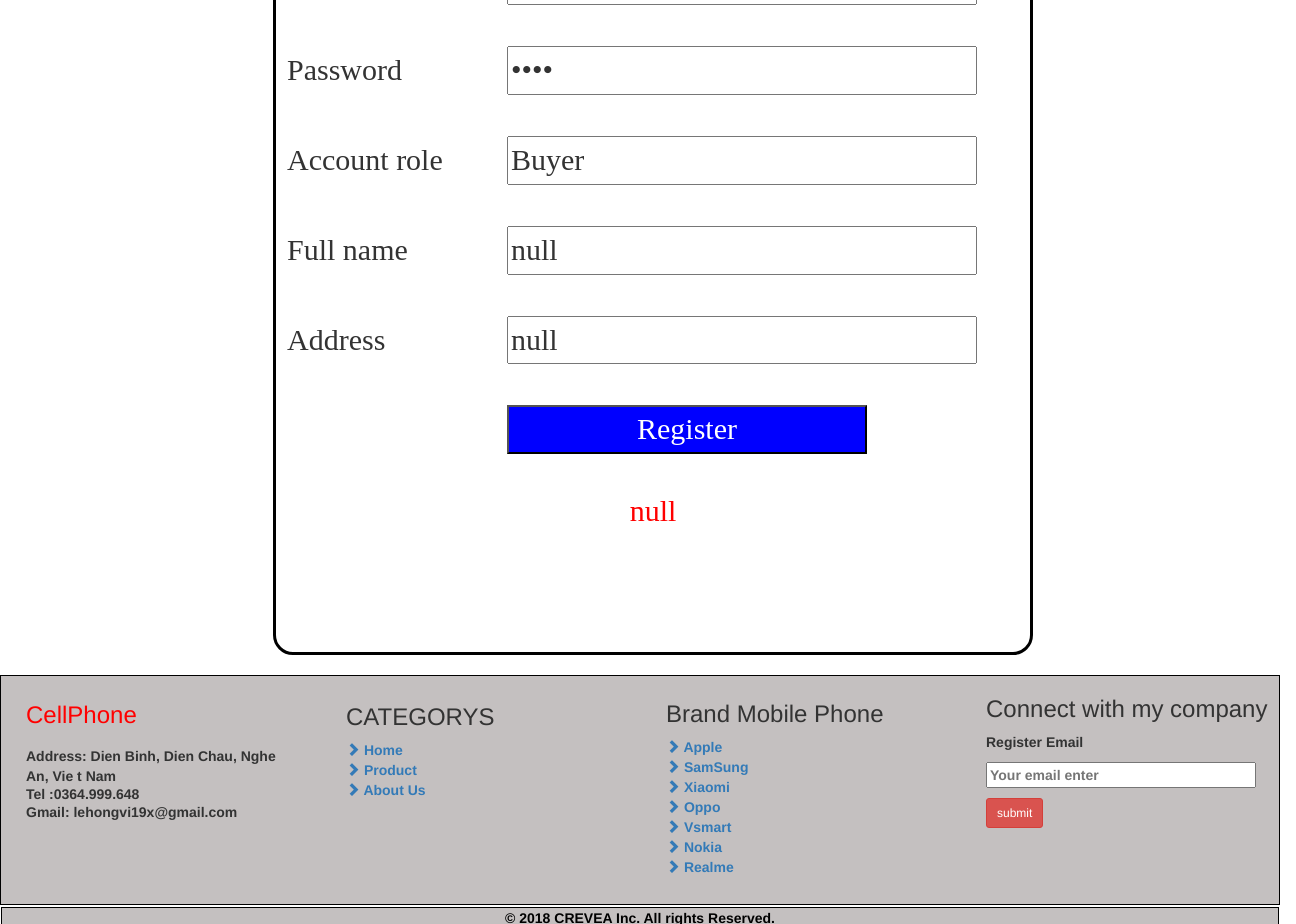
Repository: volhfx07132/Project-1
Page: http://localhost/PRJ321x_ASM3_Le_Hong_Vo/register.jsp
An editor plug-in stored every save of this project. The page is shown before and after the next save, followed by the edit.
The browser window is 1280 px wide. The page is 1296 px wide, so the pictures cover 1296 px, including what lies to the right of the window. The pictures show the part of the page from y = 597 to 1521 px (the page is 1525 px tall).
The page is served by Tomcat 9. Other server files are loaded and not shown. The template is opened directly, without the code that normally fills it, so the values that code supplies are empty.

Above is the page before, as saved 2021-09-13 15:58:53.

### PRJ321x_ASM3_Le_Hong_Vo/src/main/webapp/register.jsp
<%@ taglib prefix="c" uri="http://java.sun.com/jsp/jstl/core"%>

<!-- Hearder Hear -->
<!-- Check account email ${name_account_login}-->

<c:import url="header.jsp"></c:import>
<div class="box_login">
    <div style="height: 780px;" class="box_login_account">
         <p class="action">Create a new Account</p>

         <form action="mainController" method="post">
              <input class="input_action" type="hidden" name="action" value="doRegister">
              <table>
             <thead>
                 <tr class="table_action_login">
                     <td class="td_name_information">
                         Email
                     </td>
                     <td class="td_action">
                         <input class="input_action" type="email" name="email" value='<%=request.getAttribute("user_email") %>' placeholder="Email">
                     </td>
                 </tr>
                 <tr class="table_action_login">
                    <td class="td_name_information">
                        Password
                    </td>
                    <td class="td_action">
                        <input class="input_action" type="password" name="password" value='<%=request.getAttribute("password") %>' placeholder="Password">
                    </td>
                </tr>
                <tr class="table_action_login">
                    <td class="td_name_information">
                        Account role
                    </td>
                    <td class="td_action">
                        <input class="input_action" type="text" name="role" value="Buyer" placeholder="Role">
                    </td>
                </tr>
                <tr class="table_action_login">
                    <td class="td_name_information">
                        Full name
                    </td>
                    <td class="td_action">
                        <input class="input_action" type="text" name="fullName" value='<%=request.getAttribute("user_name") %>' placeholder="Full name">
                    </td>
                </tr>
                <tr class="table_action_login">
                    <td class="td_name_information">
                        Address
                    </td>
                    <td class="td_action">
                        <input class="input_action" type="text" name="address" value='<%=request.getAttribute("user_address") %>' placeholder="Address">
                    </td>
                </tr>

                <tr class="table_action_login">
                    <td class="td_name">

                    </td>
                    <td class="td_action">
                        <input class="input_action_button" type="submit" value="Register">
                    </td>
                </tr>
             </thead>
         </table>
            <p class="action_notification"><%=request.getAttribute("message")%></p>
         </form>
    </div>
 </div>
<!-- Body Hear -->

<!-- Footer Hear -->
<c:import url="footer.jsp"></c:import>

### PRJ321x_ASM3_Le_Hong_Vo/src/main/webapp/header.jsp
<%@ page language="java" contentType="text/html; charset=ISO-8859-1"
    pageEncoding="ISO-8859-1"%>
<%@ taglib prefix="c" uri="http://java.sun.com/jsp/jstl/core"%>
<%@ taglib uri="http://java.sun.com/jsp/jstl/sql" prefix="sql"%>
<%@ taglib uri="http://java.sun.com/jsp/jstl/functions" prefix="fn"%>
<%@ taglib prefix="fmt" uri="http://java.sun.com/jsp/jstl/fmt"%>

<c:if test="${name_account == null}">
    <c:set var="full_name" value="Login"></c:set>
     <c:set var="link_account" value="mainController?action=login"></c:set>
     <c:set var="link_list_phone" value="mainController?action=login"></c:set>
</c:if>

<c:if test="${param.name_account != null}">
      <c:set var="full_name" value="${param.name_account}"></c:set>
      <c:set var="counter" value="${param.counter}"></c:set>
      <c:set var="link_account" value="account.jsp?action=${param.name_account}"></c:set>
      <c:set var="link_list_phone" value="show_phone.jsp?name_account=${param.name_account}&counter=${param.counter}"></c:set>
</c:if>


<c:if test="${name_account != null}">
      <c:set var="full_name" value="${name_account}"></c:set>
      <c:set var="link_account" value="account.jsp?action=${name_account}"></c:set>
      <c:set var="link_list_phone" value="show_phone.jsp?name_account=${name_account}&counter=${counter}"></c:set>
</c:if>


<!DOCTYPE html>
<html lang="en">
<head>
    <meta charset="UTF-8">
    <meta http-equiv="X-UA-Compatible" content="IE=edge">
    <meta name="viewport" content="width=device-width, initial-scale=1.0">
    <link rel="stylesheet" href="https://maxcdn.bootstrapcdn.com/bootstrap/3.4.1/css/bootstrap.min.css">
    <script src="https://ajax.googleapis.com/ajax/libs/jquery/3.5.1/jquery.min.js"></script>
    <script src="https://maxcdn.bootstrapcdn.com/bootstrap/3.4.1/js/bootstrap.min.js"></script>
    <title>Document</title>
    <link rel="stylesheet" href="Style/body.css">
</head>
<body>

 <nav id="home" class="navbar navbar-inverse">
        <div class="container-fluid">
          <div class="navbar-header">
            <img class="logo_image" src="data:[embedded picture, 2534 characters]" alt="logo">
            <a class="navbar-brand" href="#">CellPhoneS</a>
          </div>
          <ul class="nav navbar-nav">
           <li><a href="mainController?action=home">Home</a></li>
            <li class="dropdown">
                <a class="dropdown-toggle" data-toggle="dropdown" href="#">Product
                <span class="caret"></span></a>
                <ul class="dropdown-menu">
                  <li><a href="mainController?action=iphone&name_account=${full_name}&counter=${counter}">IPhone</a></li>
                  <li><a href="mainController?action=samsung&name_account=${full_name}&counter=${counter}">SamSung</a></li>
                  <li><a href="mainController?action=xiaomi&name_account=${full_name}&counter=${counter}">Xiaomi</a></li>
                  <li><a href="mainController?action=oppo&name_account=${full_name}&counter=${counter}">Oppo</a></li>
                  <li><a href="mainController?action=vsmart&name_account=${full_name}&counter=${counter}">Vsmart</a></li>
                  <li><a href="mainController?action=nokia&name_account=${full_name}&counter=${counter}">Nokia</a></li>
                  <li><a href="mainController?action=realme&name_account=${full_name}&counter=${counter}">Realme</a></li>
                </ul>
              </li>
            <li><a href="#">About Us</a></li>
          </ul>

          <ul class="nav navbar-nav navbar-right" >
            <li class="dropdown">
                <a class="dropdown-toggle" data-toggle="dropdown" href="#">Filter
                <span class="caret"></span></a>
                <ul class="dropdown-menu">
                  <li><a href="mainController?action=price1&name_account=${full_name}&counter=${counter}"><span class="glyphicon glyphicon-arrow-down"></span>&nbsp;3.000.000 VND</a></li>
                  <li><a href="mainController?action=price2&name_account=${full_name}&counter=${counter}">3.000.000 VND<span class="glyphicon glyphicon-arrow-right"></span>6.000.000 VND</a></li>
                  <li><a href="mainController?action=price3&name_account=${full_name}&counter=${counter}">6.000.000 VND<span class="glyphicon glyphicon-arrow-right"></span>15.000.000 VND</a></li>
                  <li><a href="mainController?action=price4&name_account=${full_name}&counter=${counter}">15.000.000 VND<span class="glyphicon glyphicon-arrow-right"></span>30.000.000 VND</a></li>
                  <li><a href="mainController?action=price5&name_account=${full_name}&counter=${counter}"><span class="glyphicon glyphicon-arrow-up"></span>&nbsp; 30.000.000 VND</a></li>
                </ul>
              </li>
            <li><a href="${link_list_phone}"><span class="glyphicon glyphicon-shopping-cart">&nbsp;${counter}</span></a></li>
            <li><a href="${link_account}"><span class="glyphicon glyphicon-login"></span>&nbsp;${full_name}</a></li>
            <li><a href="register.jsp"><span class="glyphicon glyphicon-plus"></span>&nbsp;Register</a></li>
            <li><a href="home.jsp"><span class="glyphicon glyphicon-logout"></span>&nbsp;Logout</a></li>

          </ul>
          <form class="navbar-form navbar-right" action="mainController">
            <div class="input-group">
              <input type="text" class="form-control" placeholder="Search hear" name="action">
              <div class="input-group-btn">
                <button class="btn btn-default" type="submit">
                  <i class="glyphicon glyphicon-search"></i>
                </button>
              </div>
            </div>
          </form>
        </div>
      </nav>

       <div class="box_hotSale">
           <table>
                 <tr>
                     <td class="tr_hotSale">
                         <a href="#">
                             <img class="image_hotSale" src="https://cdn.cellphones.com.vn/media/resized//ltsoft/promotioncategory/XIAOMI_CH_NH_H_NG_595_100-a.png" alt="">
                         </a>

                     </td>
                     <td class="tr_hotSale">
                          <a href="#">
                             <img class="image_hotSale" src="https://cdn.cellphones.com.vn/media/resized//ltsoft/promotioncategory/11lite-595-100-max.png" alt="">
                          </a>
                     </td>
                 </tr>
                 <tr>
                    <td class="tr_hotSale">
                          <a href="#">
                             <img class="image_hotSale" src="https://cdn.cellphones.com.vn/media/resized//ltsoft/promotioncategory/asrog-595X100_1_.png" alt="">
                          </a>
                    </td>
                    <td class="tr_hotSale">
                         <a href="#">
                           <img class="image_hotSale"   src="https://cdn.cellphones.com.vn/media/resized//ltsoft/promotioncategory/s20fe-c-595x100_7_.png" alt="">
                         </a>
                    </td>
                </tr>
           </table>
      </div>
	<div class="button_brand">
		<table>
			<tr class="tr_brand">
				<td class="td_brand"><a href="mainController?action=iphone&name_account=${full_name}&counter=${counter}"><img class="input_brand"
						src="https://cellphones.com.vn/media/icons/brands/brand-286.svg"
						alt=""></a></td>
				<td class="td_brand"><a href="mainController?action=samsung&name_account=${full_name}&counter=${counter}"><img class="input_brand"
						src="https://cellphones.com.vn/media/icons/brands/brand-211.svg"
						alt=""></a></td>
				<td class="td_brand"><a href="mainController?action=xiaomi&name_account=${full_name}&counter=${counter}"><img class="input_brand"
						src="https://cellphones.com.vn/media/icons/brands/brand-274.svg"
						alt=""></a></td>
				<td class="td_brand"><a href="mainController?action=oppo&name_account=${full_name}&counter=${counter}"><img class="input_brand"
						src="https://cellphones.com.vn/media/icons/brands/brand-769.svg"
						alt=""></a></td>
				<td class="td_brand"><a href="mainController?action=vsmart&name_account=${full_name}&counter=${counter}"><img class="input_brand"
						src="https://cellphones.com.vn/media/icons/brands/brand-vsmart.svg"
						alt=""></a></td>
				<td class="td_brand"><a href="mainController?action=nokia&name_account=${full_name}&counter=${counter}"><img class="input_brand"
						src="https://cellphones.com.vn/media/icons/brands/brand-1214.svg"
						alt=""></a></td>
				<td class="td_brand"><a href="mainController?action=realme&name_account=${full_name}&counter=${counter}"><img class="input_brand"
						src="https://cellphones.com.vn/media/icons/brands/brand-721.svg"
						alt=""></a></td>
			</tr>
		</table>
	</div>
	<div id="box" class="box_phone_title">
        <div class="box_information">
    <!-- Body hear -->


    <!-- Footer hear -->

### PRJ321x_ASM3_Le_Hong_Vo/src/main/webapp/footer.jsp
  </div>
</div>
</table>
	<div id="abouUs" class="footer">
    <table>
       <thead>
             <tr>
                 <th>
                  <div  id="idCategory"  class="creveaInfor">
                    <h3 style="margin-bottom:30px; color: red;">CellPhone</h3>
                      <p style="margin-top: -12px;"> <strong>Address: </strong>Dien Binh, Dien Chau, Nghe An, Vie t Nam</p>
                      <p style="margin-top: -12px;"><strong>Tel</strong> :0364.999.648</p>
                      <p style="margin-top: -12px;"><strong>Gmail</strong>: lehongvi19x@gmail.com</p>
                  </div>
                 </th>

                 <th>
                  <div class="creveaInfor">
                    <h3>CATEGORYS</h3>
                          <a class="fontCategory" href="#box"> <span class="glyphicon glyphicon-chevron-right"></span> Home</a> <br>
                          <a class="fontCategory" href="#home"><span class="glyphicon glyphicon-chevron-right"></span> Product</a> <br>
                          <a class="fontCategory" href="#abouUs"><span class="glyphicon glyphicon-chevron-right"></span> About Us</a> <br>
                          <a class="fontCategory" href="#home"></span></a> <br>
                    </div>
                 </th>

                 <th>
                  <div id="idLanguage" class="creveaInfor">
                    <h3>Brand Mobile Phone</h3>
                        <!--Consumer choose language-->
                          <!--part 1 choose languege-->
                            <a class="fontCategory"  href="mainController?action=iphone&name_account=${full_name}&counter=${counter}"><span class="glyphicon glyphicon-chevron-right"></span> Apple</a> <br>
                            <a class="fontCategory"  href="mainController?action=samsung&name_account=${full_name}&counter=${counter}"><span class="glyphicon glyphicon-chevron-right"></span> SamSung</a> <br>
                            <a class="fontCategory"  href="mainController?action=xiaomi&name_account=${full_name}&counter=${counter}"><span class="glyphicon glyphicon-chevron-right"></span> Xiaomi</a> <br>
                            <a class="fontCategory"  href="mainController?action=oppo&name_account=${full_name}&counter=${counter}"><span class="glyphicon glyphicon-chevron-right"></span> Oppo</a> <br>
                            <a class="fontCategory"  href="mainController?action=vsmart&name_account=${full_name}&counter=${counter}"><span class="glyphicon glyphicon-chevron-right"></span> Vsmart</a> <br>
                            <a class="fontCategory"  href="mainController?action=nokia&name_account=${full_name}&counter=${counter}"><span class="glyphicon glyphicon-chevron-right"></span> Nokia</a> <br>
                            <a class="fontCategory"  href="mainController?action=realme&name_account=${full_name}&counter=${counter}"><span class="glyphicon glyphicon-chevron-right"></span> Realme</a> <br>
                      </div>
                 </th>

                 <th>
                  <div class="creveaInfor">
                    <h3 id="text-producter">Connect with my company</h3>
                        <p>Register Email</p>
                        <form action="">
                            <input id="inputYourEmail" required  type="text" placeholder="Your email enter" required>
                            <input id="submitButtonEgmail"  class="btn btn-danger btn-sm" type="submit" value="submit">
                        </form>
                    </div>
                 </th>
             </tr>
       </thead>
    </table>
    <div class="box_underline">
      <p>© 2018 CREVEA Inc. All rights Reserved.</p>
    </div>
  </div>


</body>
</html>

### PRJ321x_ASM3_Le_Hong_Vo/src/main/webapp/Style/body.css
@charset "ISO-8859-1";

table, tr {
	margin-bottom: 10px;
}

td {
	width: 320px;
	height: 350px;
	border: 0.5px solid black;
	border-radius: 10px;
	text-align: center;
}

.box_phone_title {
	margin: auto;
}

.box_information {
	margin-left: 13px;
}

.hot_sale {
	float: left;
	position: relative;
}

.image_phone {
	width: 200px;
	height: 200px;
	position: relative;
}

.button_sale {
	width: 60px;
	height: 50px;
	position: relative;
	background: linear-gradient(to right, blue, #ffad06);
	top: -75px;
	color: white;
	font-size: 20px;
	border-radius: 50%;
}

.name_phone {
	font-size: 20px;
	font-weight: bold;
}

.price_phone {
	font-size: 23px;
	color: red;
	font-weight: bold;
}

.star {
	width: 20px;
	height: 20px;
	float: left;
}

.text_reviewer {
	font-weight: bold;
	float: left;
	position: relative;
	top: 0px;
}

.box_hotSale {
	height: 320px;
	text-align: center;
	background: linear-gradient(to right, #ff105f, #ffad06);
	margin-bottom: 20px;
	margin-top: -20px;
}

.tr_hotSale {
	width: 660px;
	height: 143px;
	border: 0px;
	margin-bottom: 10px;
	border-radius: 10px;
	text-align: center;
}

.image_hotSale {
	width: 647px;
	margin-top: 10px;
	height: 143px;
	border-radius: 20px;
}

.logo_image {
	width: 50px;
	height: 50px;
}

.button_brand {
	height: 50px;
	border-radius: 10px;
	text-align: center;
	margin-bottom: 30px;
}

.td_brand {
	height: 50px;
	width: 200px;
	margin: 10px;
	border: 0px;
	margin-right: 10px;
	text-align: center;
}

.input_brand {
	height: 60px;
	width: 180px;
	border: 3px solid green;
	border-radius: 20px;
}

.footer {
	width: 100%;
	border: 1px solid black;
	position: relative;
	background-color: rgb(196, 192, 192);
	height: 230px;
	margin: auto;
}

.div-image-address {
	text-align: center;
}

.text-infor {
	font-size: 20px;
	color: red;
	font-family: 'Gill Sans', 'Gill Sans MT', Calibri, 'Trebuchet MS',
		sans-serif;
	text-decoration: underline;
	text-decoration-color: aqua;
}

.div-image-cart {
	background-color: rgb(196, 192, 192);
	width: 100%;
	height: 40px;
	margin: 5px 0px 5px 0px;
	text-align: center;
}

.creveaInfor {
	width: 250px;
	position: relative;
	margin: -30px 60px 10px 10px;
	top: -20px;
}

#inputYourEmail {
	margin-bottom: 10px;
	width: 270px;
}

#idCategory {
	margin-left: 25px;
}

#idLanguage {
	margin-top: 45px;
}

.div-shose {
	width: 100px;
	height: 80px;
	margin: 0px 10px 0px 10px;
	border: 2px solid blue;
}

.text-infor-trend {
	font-size: 30px;
	color: rgb(4, 0, 255);
	font-family: 'Gill Sans', 'Gill Sans MT', Calibri, 'Trebuchet MS',
		sans-serif;
	text-decoration: underline;
	text-align: center;
	text-decoration-color: rgb(255, 0, 0);
}

.text-shose {
	width: 150px;
	height: 30px;
	text-align: center;
	margin: 0px 100px 0px 10px;
}

.text-top {
	text-align: center;
	font-size: 20px;
	color: rgb(4, 0, 255);
}

.link-address {
	width: 100px;
	margin-top: 10px;
	text-align: center;
	font-size: 15px;
	color: black;
}

.div-shose-tredning {
	width: 128px;
	height: 100px;
	text-decoration: un;
	margin: 0px 10px 0px 10px;
	border: 2px solid rgb(0, 0, 0);
}

#text-producter {
	width: 300px;
}

.box_underline {
	width: 100%;
	height: 20px;
	position: relative;
	text-align:center;
	color:black;
	font-weight:bold;
	top: -10px;
	background-color: rgb(196, 192, 192);
	border: 1px solid black;
}
.img_dataBasesX{
	width: 200px;
	height: 200px;
}
#search_by{
  background: white;
  color:black;
}
.box_product_phone{
	width: 98%;
	height: 450px;
	margin-bottom: 20px;
	border: 3px solid black;
	border-radius: 20px;
}
.box_phone_image{
	width: 40%;
	height: 100%;
}
.box_phone_img{
	width:100%;
	height: 100%;
}
.box_phone_informtion{
	width: 57%;
	height: 100%;
	position: relative;
	top:-450px;
	border-right:15px;
	left: 520px;
}
.box_div_name{
	 margin: 0px 10px 10px 10px;
	width: 200px;
	text-align:left;
	height: 50px;
	border:1px solid white;
	color: red;
}
.box_div_value{
	 margin: 0px 10px 10px 10px;
	width: 500px;
	text-align:left;
	height: 50px;
	position: relative;
	top:-240px;
	left: 220px;
	border:1px solid white;
}
#box_div_value_infor{
	 margin: 0px 10px 10px 10px;
	width: 500px;
	height: 140px;
	position: relative;
	top:-240px;
	left: 220px;
	text-align:left;
	border:1px solid white;
}
#input_submit_product{
    margin: -10px 10px 0px 10px;
	width: 200px;
	height: 50px;
	border:1px solid white;
	position: relative;
	top:-240px;
	right:-300px;
	font-size:30px;
	background:pink;
}
.name_phone_product{
	width: 100%;
	text-align:center;
	height: 50px;
}
.box_login_web{
	width: 50%;
	height: 490px;
	margin-bottom: 20px;
	border: 3px solid black;
	border-radius: 20px;
	position: relative;
	right:-320px;
	font-family: 'Times New Roman', Times, serif;
	padding: 10px;
}
.action{
	text-align: center;
	font-size: 40px;
	color: blue;
}
.action_notification{
	text-align: center;
	font-size: 30px;
	color: red;
	margin-top: -15px;
}
.table_action_login{
	position: relative;
	bottom: 20px;

}
.td_name{
	width: 100px;
	height:50px;
	border: 0.5px solid white;
	border-radius: 10px;
	text-align: left;
	font-size: 30px;
	margin-right: 10px;
}
.td_action{
	width: 470px;
	height:50px;
	border: 0.5px solid white;
	border-radius: 10px;
	text-align: left;
}
.input_action{
	font-size: 30px;
	width: 470px;
	margin: 20px;
}
.box_space{
	width: 20px;
	height: 20px;
	position: relative;
	background-color: #ff105f;
}
.input_action_button{
	font-size: 30px;
	width: 360px;
	margin: 20px;
	background-color: blue;
	color: white;
}
.box_login_account{
	width: 60%;
	height: 700px;
	margin-bottom: 20px;
	border: 3px solid black;
	border-radius: 20px;
	position: relative;
	right:-260px;
	font-family: 'Times New Roman', Times, serif;
	padding: 10px;
}
.td_name_information{
	width: 200px;
	height:50px;
	border: 0.5px solid white;
	border-radius: 10px;
	text-align: left;
	font-size: 30px;
	margin-right: 10px;
}
.name_phone_product_items{
	width: 100%;
	text-align:center;
	height: 50px;
}

After the next save:
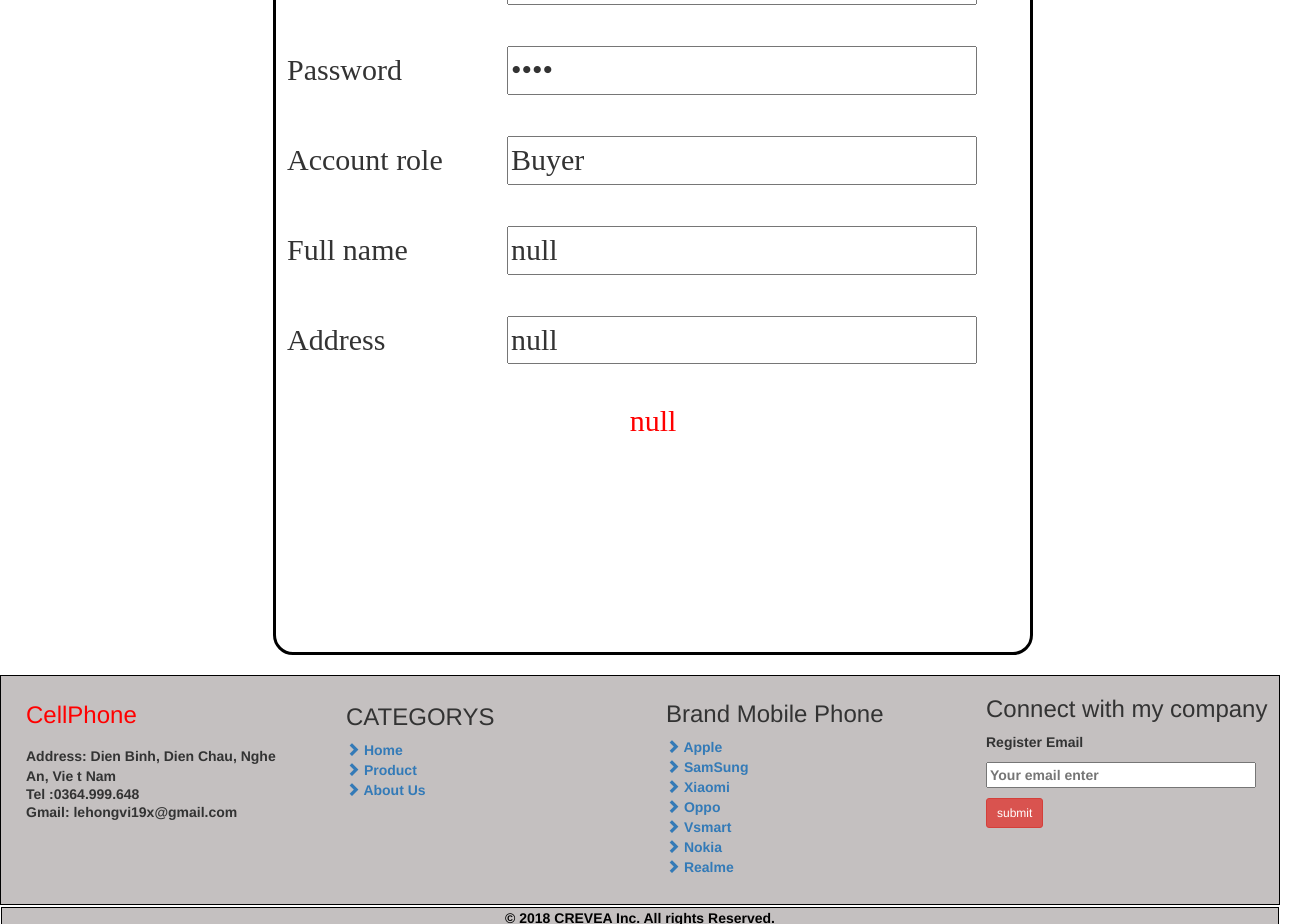
Saved 22 s later.
--- a/PRJ321x_ASM3_Le_Hong_Vo/src/main/webapp/register.jsp
+++ b/PRJ321x_ASM3_Le_Hong_Vo/src/main/webapp/register.jsp
@@ -53,14 +53,8 @@
                     </td>
                 </tr>
 
-                <tr class="table_action_login">
-                    <td class="td_name">
 
-                    </td>
-                    <td class="td_action">
-                        <input class="input_action_button" type="submit" value="Register">
-                    </td>
-                </tr>
+
              </thead>
          </table>
             <p class="action_notification"><%=request.getAttribute("message")%></p>
